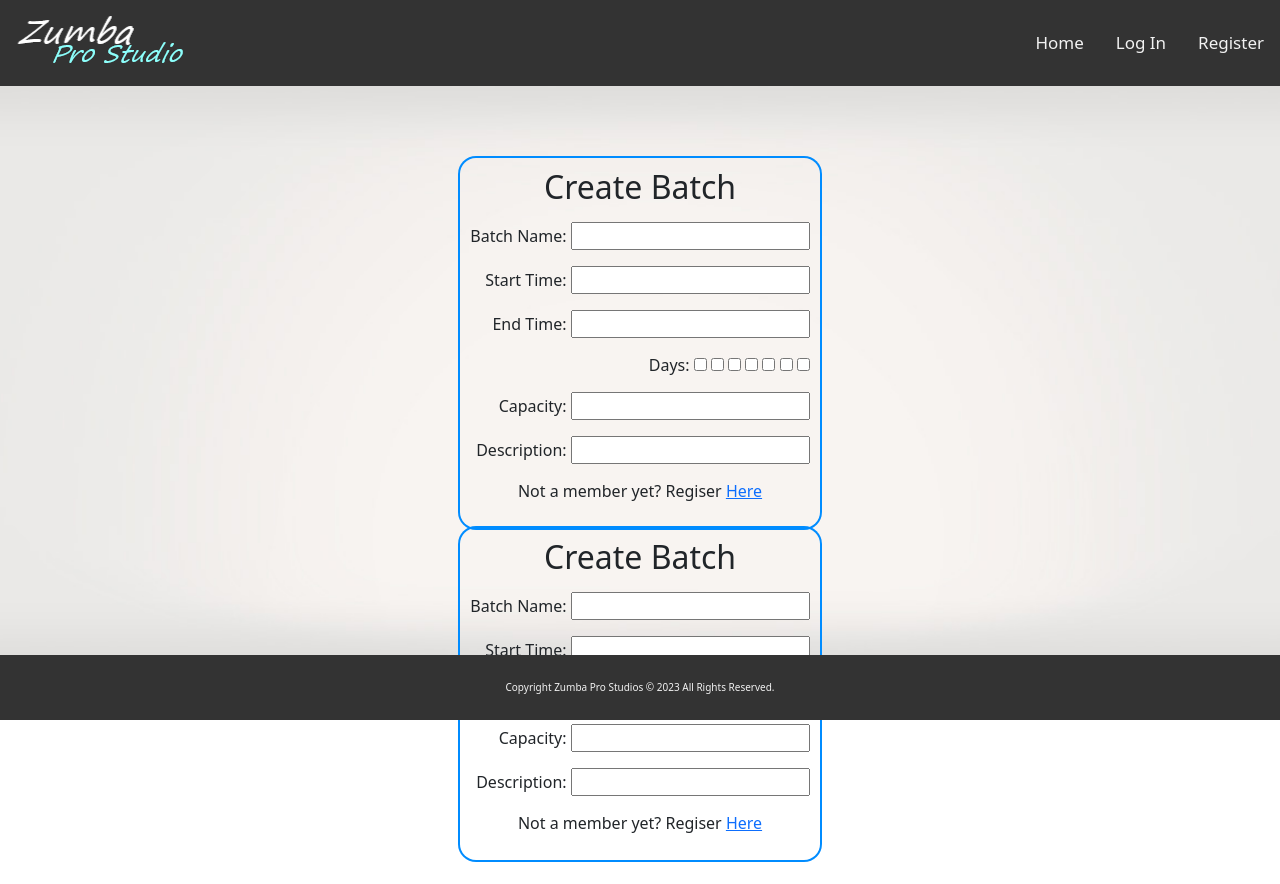
Repository: basemsamuel/Zumba
Page: http://localhost/ZumbaProStudio/adminusers.jsp
An editor plug-in stored every save of this project. The page is shown before and after the next save, followed by the edit.
The browser window is 1280 px wide. The pictures show the whole page.
The page is served by Tomcat 10.

Above is the page before, as saved 2023-07-30 21:20:19.

After the next save:
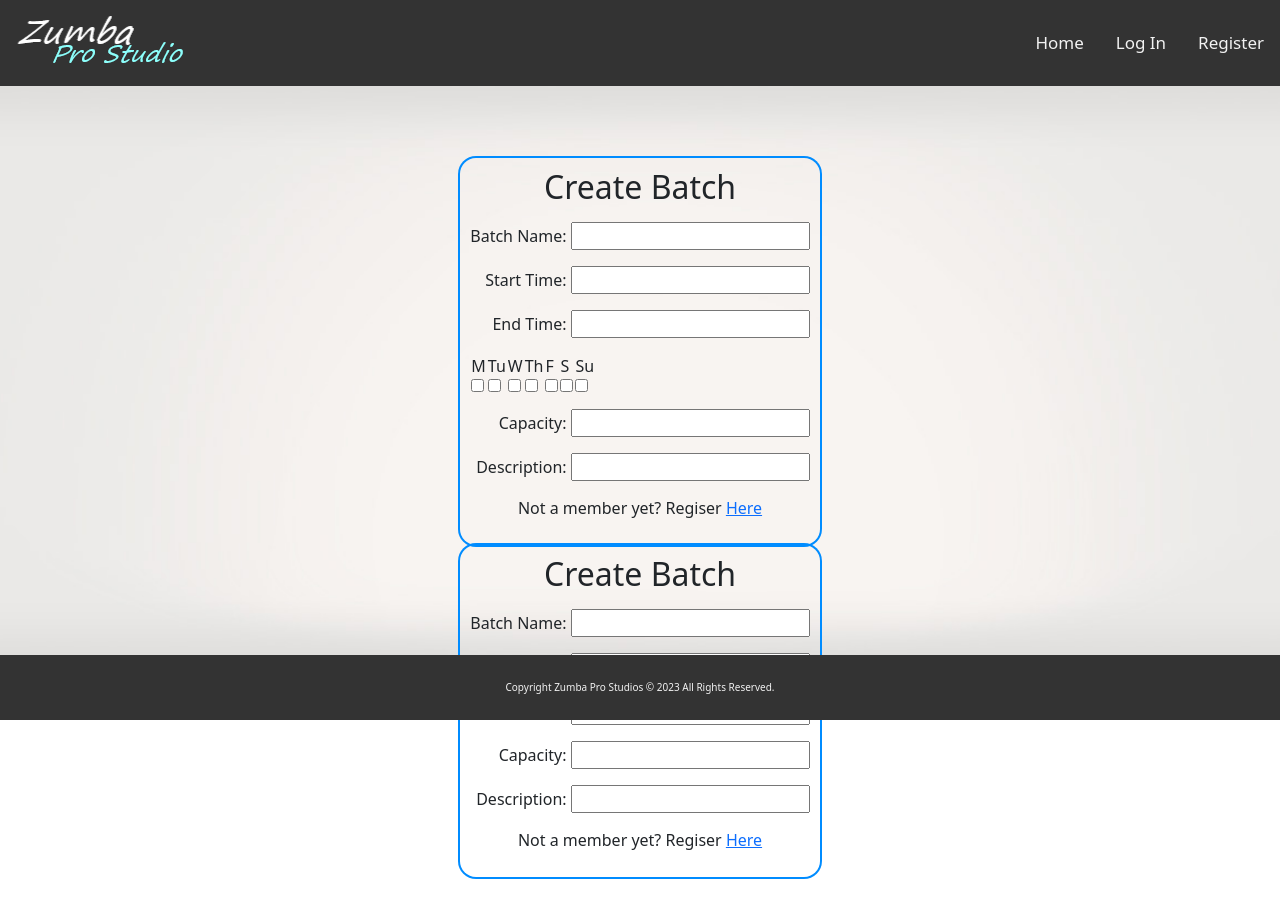
Saved 3 min 0 s later.
--- a/ZumbaProStudio/src/main/webapp/adminusers.jsp
+++ b/ZumbaProStudio/src/main/webapp/adminusers.jsp
@@ -41,14 +41,41 @@
 						    <div>
 						        <p>
 							        <div class='right'>
-							            <label for="description">Days:</label>
-							            <input type="checkbox" id="M" name="M" value="M">
-							            <input type="checkbox" id="Tu" name="Tt" value="Tu">
-							            <input type="checkbox" id="W" name="W" value="W">
-							            <input type="checkbox" id="Th" name="Th" value="Th">
-							            <input type="checkbox" id="F" name="F" value="F">
-							            <input type="checkbox" id="S" name="S" value="S">
-							            <input type="checkbox" id="Su" name="Su" value="Su">
+							        	<Table>
+							        		<tr>
+							        			<td>M</td>
+							        			<td>Tu</td>
+							        			<td>W</td>
+							        			<td>Th</td>
+							        			<td>F</td>
+							        			<td>S</td>
+							        			<td>Su</td>
+							        		</tr>
+							        		<tr>
+							        			<td>
+										            <input type="checkbox" id="M" name="M" value="M">
+							        			</td>
+							        			<td>
+										            <input type="checkbox" id="Tu" name="Tt" value="Tu">
+							        			</td>
+							        			<td>
+										            <input type="checkbox" id="W" name="W" value="W">
+							        			</td>
+							        			<td>
+										            <input type="checkbox" id="Th" name="Th" value="Th">
+							        			</td>
+							        			<td>
+										            <input type="checkbox" id="F" name="F" value="F">
+							        			</td>
+							        			<td>
+										            <input type="checkbox" id="S" name="S" value="S">
+							        			</td>
+							        			<td>
+										            <input type="checkbox" id="Su" name="Su" value="Su">
+							        			</td>
+							        		</tr>
+							        	</Table>
+
 							        </div>
 						        </p>
 						    </div>
